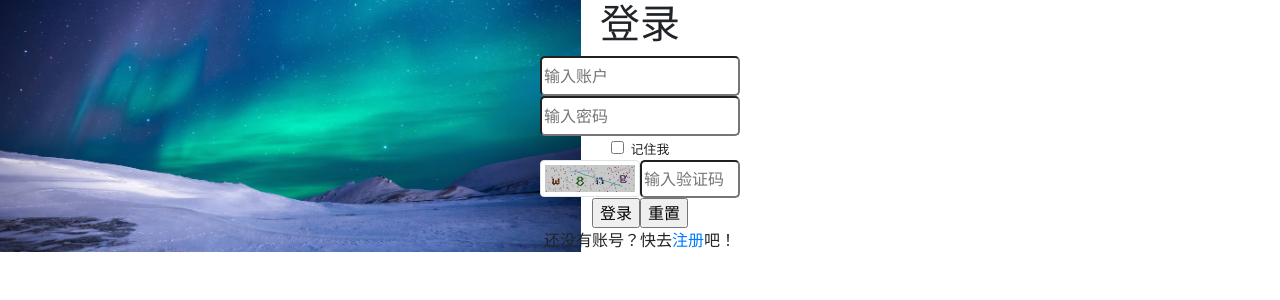
Repository: DHUAVH/Blog
Page: http://localhost/login.php
An editor plug-in stored every save of this project. The page is shown before and after the next save, followed by the edit.
The browser window is 1280 px wide. The pictures show the whole page.
Some web libraries are served in a nearby version. The page is run by PHP 8.4 with error messages shown; the project is at /var/www/html/.

Above is the page before, as saved 2020-11-29 17:56:49.

### login.php
<!DOCTYPE html>
<html lang="en">
<head>
    <meta charset="UTF-8">
    <meta name="viewport" content="width=device-width, initial-scale=1.0">
    <link rel="stylesheet" type="text/css" href="CSS\blog.css">
    <link rel="stylesheet" href="https://cdn.staticfile.org/twitter-bootstrap/4.3.1/css/bootstrap.min.css">
    <script src="https://cdn.staticfile.org/jquery/3.2.1/jquery.min.js"></script>
    <script src="https://cdn.staticfile.org/popper.js/1.15.0/umd/popper.min.js"></script>
    <script src="https://cdn.staticfile.org/twitter-bootstrap/4.3.1/js/bootstrap.min.js"></script>
    <title>登陆界面</title>

</head>

<body class="background">
    <div class="container">
        <h1 class="text-center">登录</h1>
        <div class="row">
            <div class="col-sm-4 offset-sm-4">    <!--使用网格系统和偏移量设置居中-->
                <form role="form" action="loginAction.php" method="POST">
                    <div class="text-center">
                        <input class="login_input" id="ID" type="text" name="username"
                            value="<?php echo isset($_COOKIE['username']) ? $_COOKIE['username'] : "";?>"  placeholder="输入账户" required>
                    </div>

                    <div class="text-center">
                        <input class="login_input" id="lastname" type="password" name="password" placeholder="输入密码" required>
                    </div>

                    <div class="form-check text-center">
                        <label class="form-check-label">
                            <input class="form-check-input text-white" type="checkbox"><small>记住我</small>
                        </label>
                    </div>

                    <span colspan="2" class="text-center" style="color:red;font-size:10px;"></span>
                    <?php
                        $err = isset($_GET["err"]) ? $_GET["err"] : "";
                        switch($err){
                            case 1:
                                // 可取消的警告框
                                echo "<div class='alert alert-danger alert-dismissible fade show' role='alert'>";
                                echo "<strong>用户名或密码错误!请检查用户名或重新输入密码！</strong>";
                                echo "<button type=button' class='close' data-dismiss='alert' aria-label='Close'>";
                                echo "<span aria-hidden='true'>&times;</span>";
                                echo "</button>";
                            break;

                            case 2:
                                // 可取消的警告框
                                echo "<div class='alert alert-waring alert-dismissible fade show' role='alert'>";
                                echo "<strong>警告!用户名和密码不能为空！</strong>";
                                echo "<button type=button' class='close' data-dismiss='alert' aria-label='Close'>";
                                echo "<span aria-hidden='true'>&times;</span>";
                                echo "</button>";
                            break;

                            case 3:
                                // 可取消的警告框
                                echo "<div class='alert alert-danger alert-dismissible fade show' role='alert'>";
                                echo "<strong>验证码错误!请重新输入验证码！</strong>";
                                echo "<button type=button' class='close' data-dismiss='alert' aria-label='Close'>";
                                echo "<span aria-hidden='true'>&times;</span>";
                                echo "</button>";
                            break;
                        }
                    ?>

                    <div class="d-flex justify-content-center">
                        <a href="javascript:void(0)" onclick="document.getElementById('captcha').src='captcha.php?r='+Math.random()">
                            <img id="captcha" src="captcha.php?r=<?php echo rand();?>" width="100" class="img-thumbnail">
                        </a>

                        <input class="captcha_input" type="text" name="authcode" placeholder="输入验证码" required>
                    </div>



                    <div class="d-flex justify-content-center">
                        <input type="submit" name="login" value="登录">
                        <input type="reset" name="reset" value="重置">
                    </div>

                    <div class="text-center">
                        <span colspan="2" >还没有账号？快去<a href="register.php">注册</a>吧！</span>
                    </div>
                </form>
            </div>
        </div>
    </div>
</body>
</html>

### captcha.php
<?php
  session_start();

  $image = imagecreatetruecolor(100,30);
  $bgcolor = imagecolorallocate($image,200,200,200);
  imagefill($image,0,0,$bgcolor);

  //验证码内容
  $captcha_code = '';
  for($i=0;$i<4;$i++){
      $fontsize = 5;
      $x = ($i*100 / 4) + rand(5,10);
      $y = rand(5,10);
      $data = 'abcdefghkmnprstuvwx345678';
      $str = $data[rand(0,strlen($data))];
      $captcha_code .= $str;
      $fontcolor = imagecolorallocate($image,rand(0,120),rand(0,120),rand(0,120));
      imagestring($image,$fontsize,$x,$y,$str,$fontcolor);
  }

  $_SESSION['authcode'] = $captcha_code;

  //增加点干扰元素
  for($i=0;$i<200;$i++){
      $pointcolor = imagecolorallocate($image,rand(50,200),rand(50,200),rand(50,200));
      imagesetpixel($image,rand(1,99),rand(1,29),$pointcolor);
  }

  //增加线干扰元素
  for($i=0;$i<4;$i++){
      $linecolor = imagecolorallocate($image,rand(80,220),rand(80,220),rand(80,220));
      imageline($image,rand(1,99),rand(1,29),rand(1,99),rand(1,29),$linecolor);
  }


  header('content-type:image/png');    //输出图片的信息
  imagepng($image);   //输出图片

  imagedestroy($image);
?>

### CSS/blog.css
.background{
    background:url(../images/bg.jpg);
    background-size:contain;
    background-repeat: no-repeat;
}

.search{
    border-radius: 10px;
    position: relative;
    top: 2px;
    width: 200px;
    height: 35px;
 }

 .login_input{
    border-radius: 5px;
    position: relative;
    width: 200px;
    height: 40px;
 }

 .captcha_input{
    border-radius: 5px;
    position: relative;
    width: 100px;
    height: 38px;
 }

 #result{
    position: absolute;
    top: 58px;
    left: 70px;
    z-index: 999;
    width: 300px;
    height: auto;
    background-color: white;
    border-radius: 5px;
 }

After the next save:
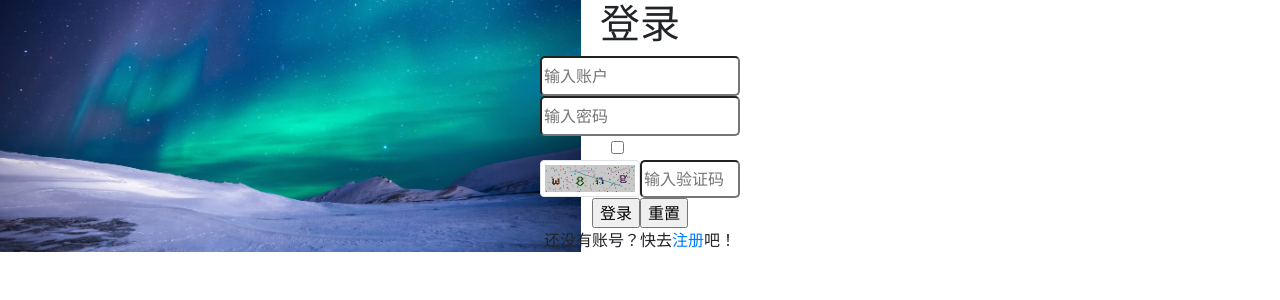
Saved 31 s later.
--- a/login.php
+++ b/login.php
@@ -29,7 +29,7 @@
 
                     <div class="form-check text-center">
                         <label class="form-check-label">
-                            <input class="form-check-input text-white" type="checkbox"><small>记住我</small>
+                            <input class="form-check-input" type="checkbox"><small class="text-white">记住我</small>
                         </label>
                     </div>
 
